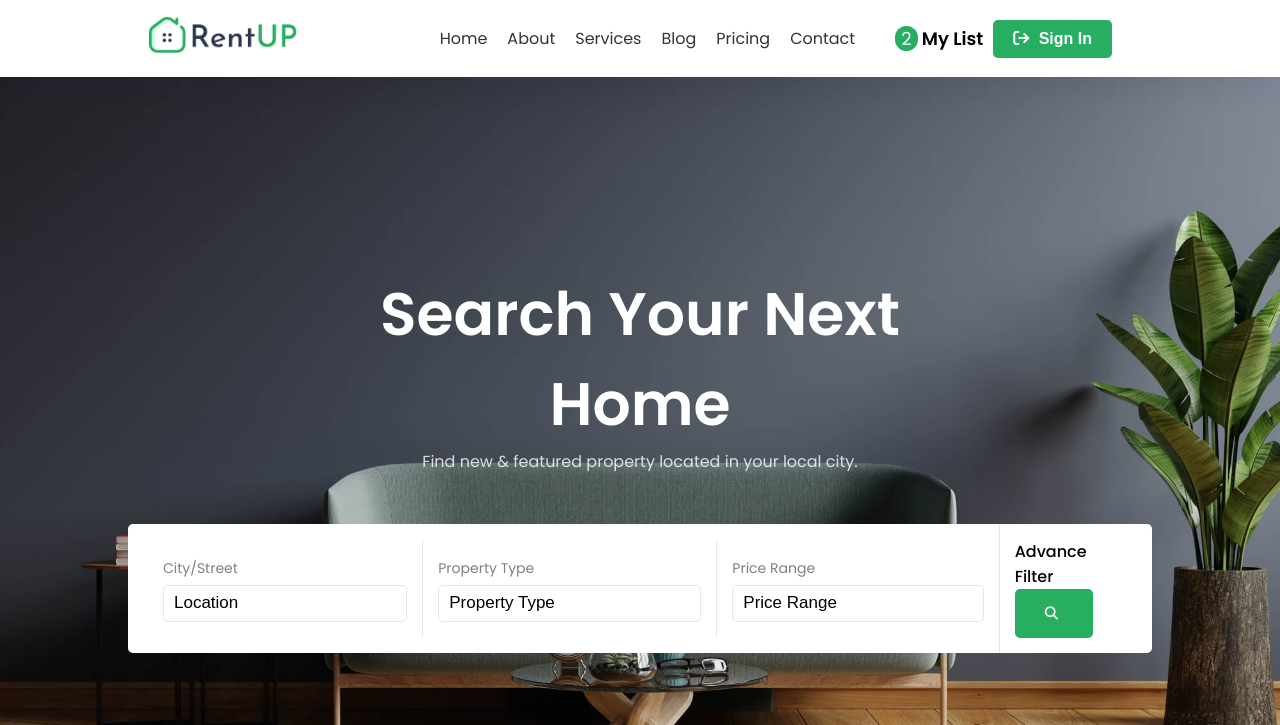
Repository: SahanChathura0730/EstateApp
Page: /
These files come from the project's save history. The page is drawn as it stood at one moment and after the next save; the edit follows.
The browser window is 1280 px wide. The pictures show the whole page.
The project was rebuilt for these pictures with package versions that can differ from the ones it lists, and the page was loaded fresh each time. Also part of the build but not shown: vite.config.js, src/component/data/Data.jsx, src/index.css.

Above is the page before, as saved 2024-08-25 19:14:07.

After the next save:
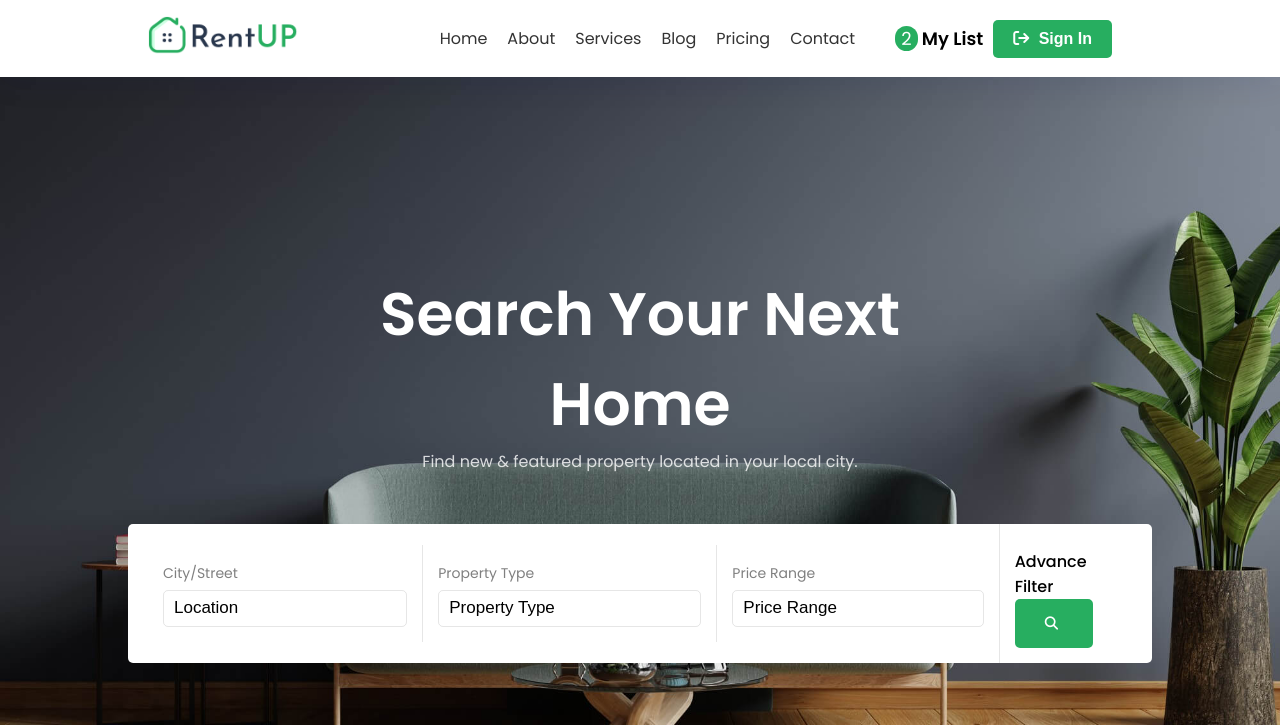
Saved 83 s later.
--- a/src/App.css
+++ b/src/App.css
@@ -74,3 +74,11 @@
   color: #2d3954;
   font-size: 14px;
 }
+
+.mtop {
+  margin-top: 50px;
+}
+h4 {
+  font-weight: 500;
+  margin-top: 10px;
+}
